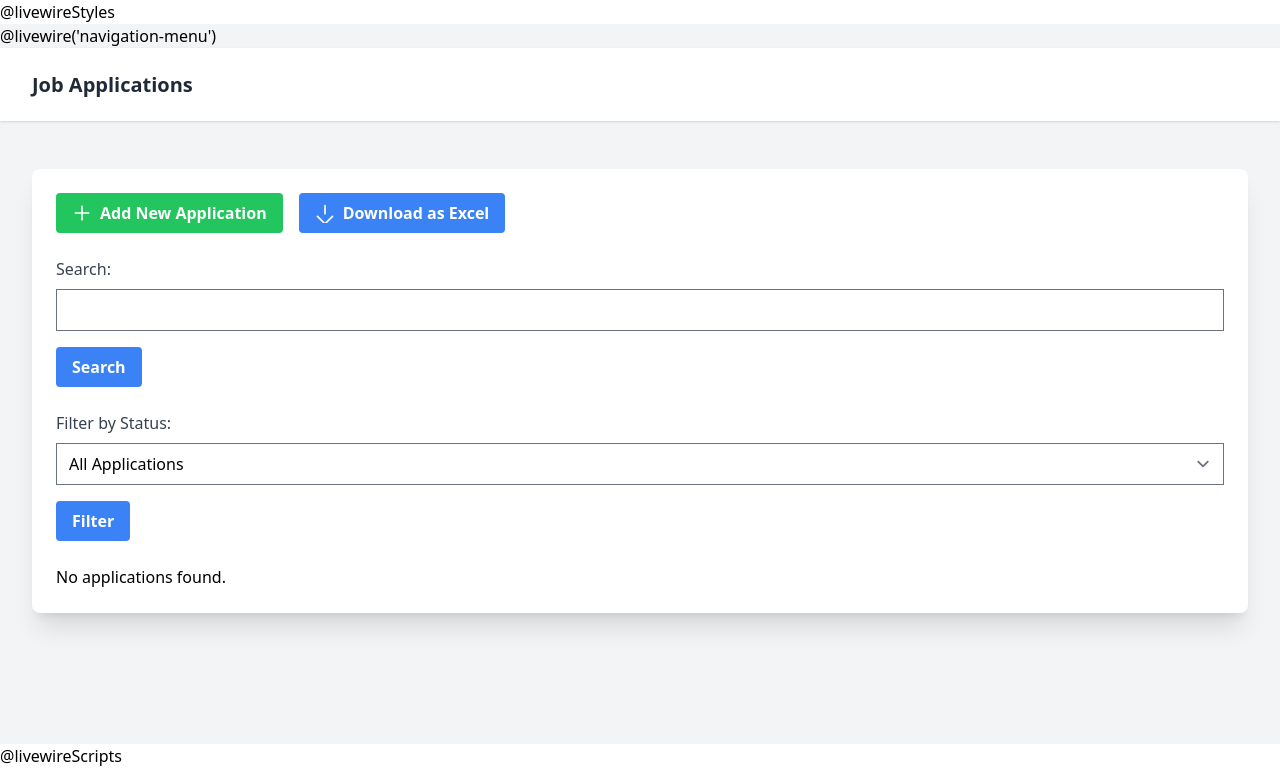
Repository: asanduk/vodafone
Page: resources/views/job-applications/index.blade.php
An editor plug-in stored every save of this project. The page is shown before and after the next save, followed by the edit.
The browser window is 1280 px wide. The pictures show the whole page.
Some web libraries are served in a nearby version. The page is served by the project's Laravel application, run on PHP 8.4 with Laravel 12. Other server files are loaded and not shown. The template is opened directly, without the code that normally fills it, so the values that code supplies are empty.

Above is the page before, as saved 2024-11-18 13:32:06.

### routes/web.php
<?php

use Illuminate\Support\Facades\Route;
use App\Http\Controllers\JobApplicationController;
use App\Http\Controllers\HomeController;

Route::get('/', function () {
    return view('welcome');
});

Route::get('job-applications/export', [JobApplicationController::class, 'export'])->name('job-applications.export');


Route::middleware([
    'auth:sanctum',
    config('jetstream.auth_session'),
    'verified',
])->group(function () {
    // Dashboard görünümü için HomeController kullanımı
    Route::get('/dashboard', [HomeController::class, 'index'])->name('dashboard');
});

// İş başvuruları için resource controller tanımlamaları
Route::middleware(['auth:sanctum', 'verified'])->group(function () {
    Route::resource('job-applications', JobApplicationController::class);
});

### resources/views/job-applications/index.blade.php
<x-app-layout>
    <x-slot name="header">
        <h2 class="font-semibold text-xl text-gray-800 leading-tight">
            {{ __('Job Applications') }}
        </h2>



    </x-slot>

    <div class="py-12">
        <div class="max-w-7xl mx-auto sm:px-6 lg:px-8">
            <div class="bg-white overflow-hidden shadow-xl sm:rounded-lg p-6">
                <!-- "Add New Application" and "Download as Excel" Buttons Side by Side -->
                <div class="flex space-x-4 mb-6">
                    <a href="{{ route('job-applications.create') }}" class="flex items-center bg-green-500 hover:bg-green-700 text-white font-bold py-2 px-4 rounded transition">
                        <svg xmlns="http://www.w3.org/2000/svg" fill="none" viewBox="0 0 24 24" stroke-width="2" stroke="currentColor" class="w-5 h-5 mr-2">
                            <path stroke-linecap="round" stroke-linejoin="round" d="M12 4v16m8-8H4"/>
                        </svg>
                        Add New Application
                    </a>

                    <a href="{{ route('job-applications.export') }}" class="flex items-center bg-blue-500 hover:bg-blue-700 text-white font-bold py-2 px-4 rounded transition">
                        <svg xmlns="http://www.w3.org/2000/svg" fill="none" viewBox="0 0 24 24" stroke-width="2" stroke="currentColor" class="w-5 h-5 mr-2">
                            <path stroke-linecap="round" stroke-linejoin="round" d="M3 16l9 9 9-9m-9-3V3"/>
                        </svg>
                        Download as Excel
                    </a>
                </div>

                <!-- Filtering Form -->
                <form method="GET" action="{{ route('job-applications.index') }}" class="mb-6">
                    <label for="search" class="block text-gray-700 mb-2">Search:</label>
                    <input type="text" name="search" id="search" class="form-control w-full mb-4" value="{{ request('search') }}">
                    <button type="submit" class="bg-blue-500 hover:bg-blue-700 text-white font-bold py-2 px-4 rounded">
                        Search
                    </button>
                </form>

                <form method="GET" action="{{ route('job-applications.index') }}" class="mb-6">
                    <label for="status" class="block text-gray-700 mb-2">Filter by Status:</label>
                    <select name="status" id="status" class="form-control w-full mb-4">
                        <option value="">All Applications</option>
                        <option value="pending" {{ request('status') == 'pending' ? 'selected' : '' }}>Pending</option>
                        <option value="interview" {{ request('status') == 'interview' ? 'selected' : '' }}>Interview Scheduled</option>
                        <option value="rejected" {{ request('status') == 'rejected' ? 'selected' : '' }}>Rejected</option>
                        <option value="offered" {{ request('status') == 'offered' ? 'selected' : '' }}>Offer Received</option>
                    </select>
                    <button type="submit" class="bg-blue-500 hover:bg-blue-700 text-white font-bold py-2 px-4 rounded">
                        Filter
                    </button>
                </form>

                <!-- Application List -->
                @if($applications->count() > 0)
                    <div class="overflow-x-auto">
                        <table class="min-w-full table-auto bg-white rounded-lg shadow">
                            <thead class="bg-gray-200 text-gray-600 uppercase text-sm leading-normal">
                                <tr>
                                    <th class="py-3 px-6 text-left">Position</th>
                                    <th class="py-3 px-6 text-left">Company</th>
                                    <th class="py-3 px-6 text-left">Application Date</th>
                                    <th class="py-3 px-6 text-left">Status</th>
                                    <th class="py-3 px-6 text-left">Actions</th>
                                </tr>
                            </thead>
                            <tbody class="text-gray-700 text-sm font-light">
                                @foreach($applications as $application)
                                    <tr class="border-b border-gray-200 hover:bg-gray-100">
                                        <td class="py-3 px-6 text-left">{{ $application->position }}</td>
                                        <td class="py-3 px-6 text-left">{{ $application->company_name }}</td>
                                        <td class="py-3 px-6 text-left">{{ $application->applied_at }}</td>
                                        <td class="py-3 px-6 text-left">
                                            @if($application->status == 'pending')
                                                <span class="bg-yellow-200 text-yellow-800 px-2 py-1 rounded">Pending</span>
                                            @elseif($application->status == 'interview')
                                                <span class="bg-green-200 text-green-800 px-2 py-1 rounded">Interview Scheduled</span>
                                            @elseif($application->status == 'rejected')
                                                <span class="bg-red-200 text-red-800 px-2 py-1 rounded">Rejected</span>
                                            @elseif($application->status == 'offered')
                                                <span class="bg-blue-200 text-blue-800 px-2 py-1 rounded">Offer Received</span>
                                            @endif
                                        </td>
                                        <td class="py-3 px-6 text-left flex space-x-4">
                                            <div class="relative group">
                                                <a href="{{ route('job-applications.show', $application->id) }}" class="text-blue-500 hover:text-blue-700">
                                                    <i class="fas fa-eye"></i> <!-- Details icon -->
                                                </a>
                                                <span class="absolute left-1/2 transform -translate-x-1/2 bottom-full mb-1 w-max bg-gray-700 text-white text-xs rounded py-1 px-2 opacity-0 group-hover:opacity-100 transition-opacity duration-200">Details</span>
                                            </div>
                                            <div class="relative group">
                                                <a href="{{ route('job-applications.edit', $application->id) }}" class="text-yellow-500 hover:text-yellow-700">
                                                    <i class="fas fa-edit"></i> <!-- Edit icon -->
                                                </a>
                                                <span class="absolute left-1/2 transform -translate-x-1/2 bottom-full mb-1 w-max bg-gray-700 text-white text-xs rounded py-1 px-2 opacity-0 group-hover:opacity-100 transition-opacity duration-200">Edit</span>
                                            </div>
                                            <div class="relative group">
                                                <form action="{{ route('job-applications.destroy', $application->id) }}" method="POST" class="inline-block">
                                                    @csrf
                                                    @method('DELETE')
                                                    <button type="submit" class="text-red-500 hover:text-red-700">
                                                        <i class="fas fa-trash"></i> <!-- Delete icon -->
                                                    </button>
                                                    <span class="absolute left-1/2 transform -translate-x-1/2 bottom-full mb-1 w-max bg-gray-700 text-white text-xs rounded py-1 px-2 opacity-0 group-hover:opacity-100 transition-opacity duration-200">Delete</span>
                                                </form>
                                            </div>
                                        </td>
                                    </tr>
                                @endforeach
                            </tbody>
                        </table>
                    </div>

                    <!-- Pagination -->
                    <div class="mt-4">
                        {{ $applications->appends(request()->input())->links() }}
                    </div>
                @else
                    <p>No applications found.</p>
                @endif
            </div>
        </div>
    </div>
</x-app-layout>

### resources/views/layouts/app.blade.php
<!DOCTYPE html>
<html lang="{{ str_replace('_', '-', app()->getLocale()) }}">
    <head>
        <meta charset="utf-8">
        <meta name="viewport" content="width=device-width, initial-scale=1">
        <title>{{ config('app.name', 'Jobify') }}</title>

        <!-- Fonts -->
        <link rel="stylesheet" href="https://fonts.bunny.net/css2?family=Nunito:wght@400;600;700&display=swap">
                 <!-- Pickadate.js CSS -->
                 <link rel="stylesheet" href="{{ asset('pickadate/lib/themes/default.css') }}">
                 <link rel="stylesheet" href="{{ asset('pickadate/lib/themes/default.date.css') }}">

                 <!-- jQuery (Pickadate.js için gerekli) -->
                 <script src="https://code.jquery.com/jquery-3.6.0.min.js"></script>

                 <!-- Pickadate.js JS -->
                 <script src="{{ asset('pickadate/lib/picker.js') }}"></script>
                 <script src="{{ asset('pickadate/lib/picker.date.js') }}"></script>

                 <script>
                     $(document).ready(function() {
                         $('#applied_at').pickadate({
                             format: 'yyyy-mm-dd', // Tarih formatını ayarlayın
                             // Diğer ayarları buraya ekleyebilirsiniz
                         });
                     });
                 </script>
        <!-- Styles -->
        @vite(['resources/css/app.css', 'resources/js/app.js'])
        @livewireStyles
    </head>
    <body class="font-sans antialiased">
        <div class="min-h-screen bg-gray-100">
            @livewire('navigation-menu')

            <!-- Page Heading -->
            @if (isset($header))
                <header class="bg-white shadow">
                    <div class="max-w-7xl mx-auto py-6 px-4 sm:px-6 lg:px-8">
                        {{ $header }}
                    </div>
                </header>
            @endif

            <!-- Page Content -->
            <main>
                {{ $slot }}
            </main>
        </div>

        @stack('modals')

        @livewireScripts
    </body>
</html>

Loaded but not shown: app/View/Components/AppLayout.php (common file); public/pickadate/lib/themes/default.css (library); public/pickadate/lib/themes/default.date.css (library); public/pickadate/lib/picker.js (library); public/pickadate/lib/picker.date.js (library)

After the next save:
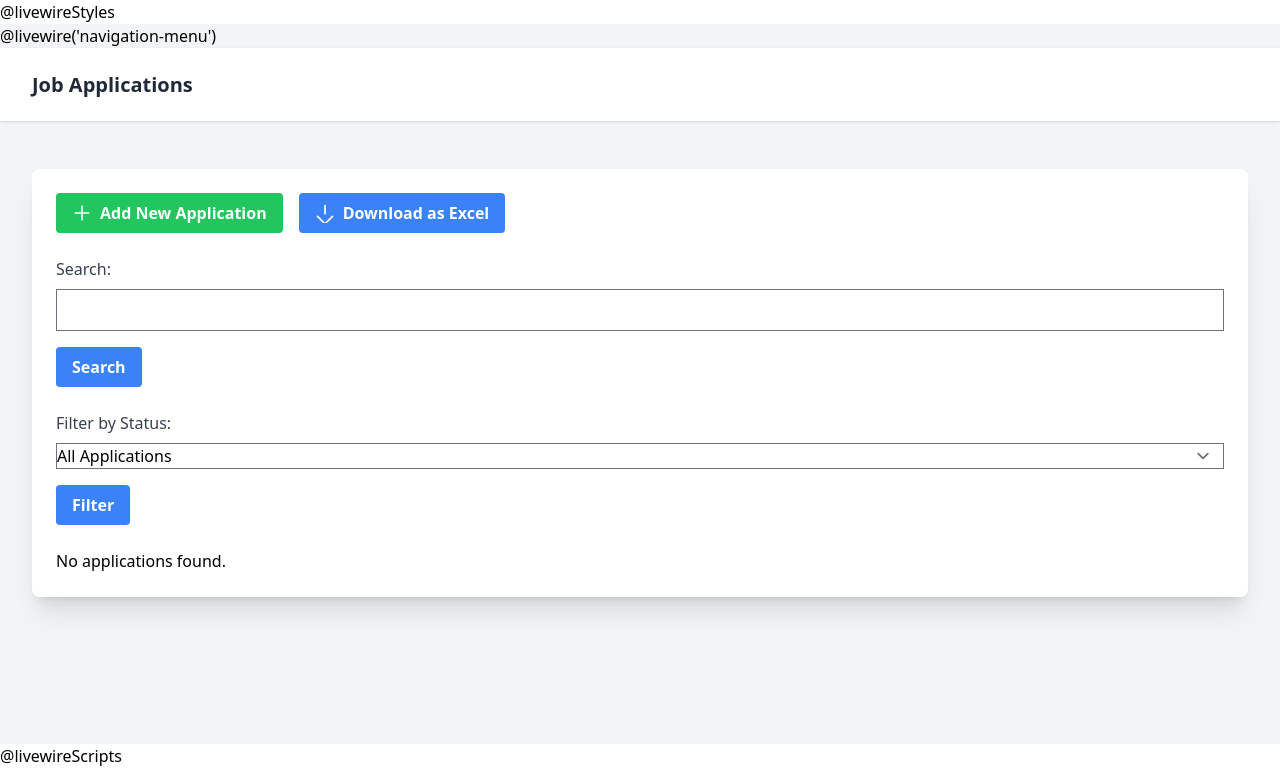
Saved 13 s later.
--- a/resources/views/layouts/app.blade.php
+++ b/resources/views/layouts/app.blade.php
@@ -4,7 +4,8 @@
         <meta charset="utf-8">
         <meta name="viewport" content="width=device-width, initial-scale=1">
         <title>{{ config('app.name', 'Jobify') }}</title>
-
+        <link rel="stylesheet" href="https://cdnjs.cloudflare.com/ajax/libs/font-awesome/6.0.0-beta3/css/all.min.css">
+        <script src="https://cdn.tailwindcss.com"></script>
         <!-- Fonts -->
         <link rel="stylesheet" href="https://fonts.bunny.net/css2?family=Nunito:wght@400;600;700&display=swap">
                  <!-- Pickadate.js CSS -->
